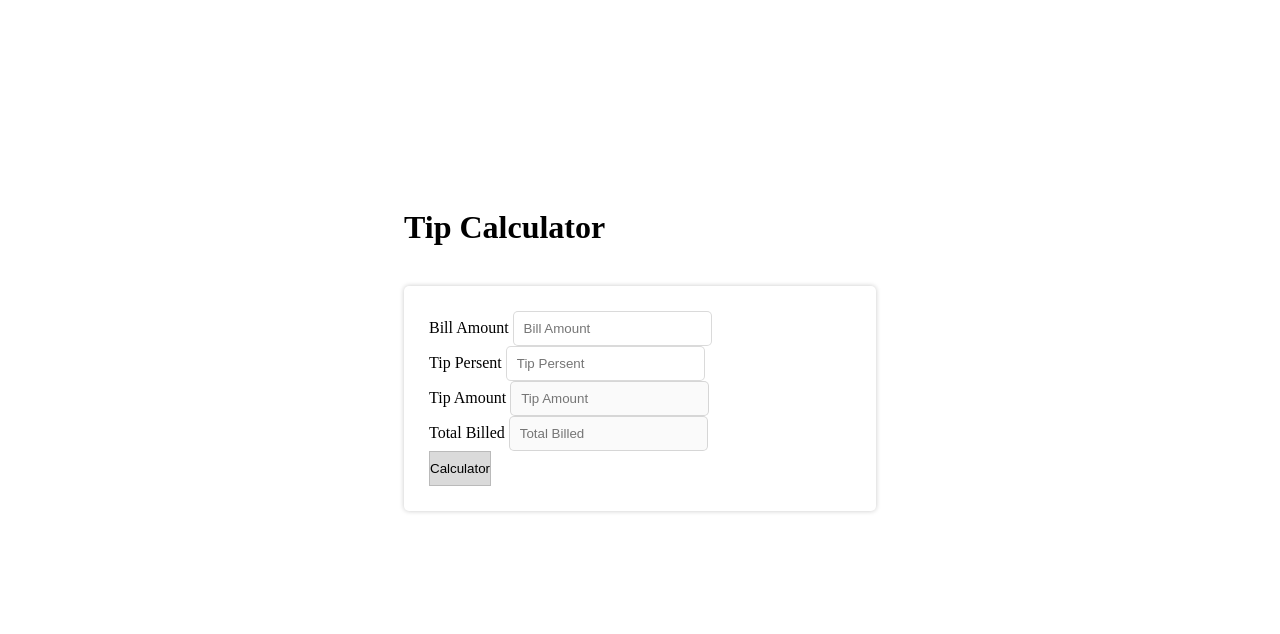
Repository: ZainAkbar51214/Tip-Calculator
Page: index.html
These files come from the project's save history. The page is drawn as it stood at one moment and after the next save; the edit follows.
The browser window is 1280 px wide. The pictures show the whole page.
The style sheet was rebuilt from its Sass, Less or Tailwind sources for each picture, by a compiler version that may differ from the author's.

Above is the page before, as saved 2024-03-25 13:08:48.

After the next save:
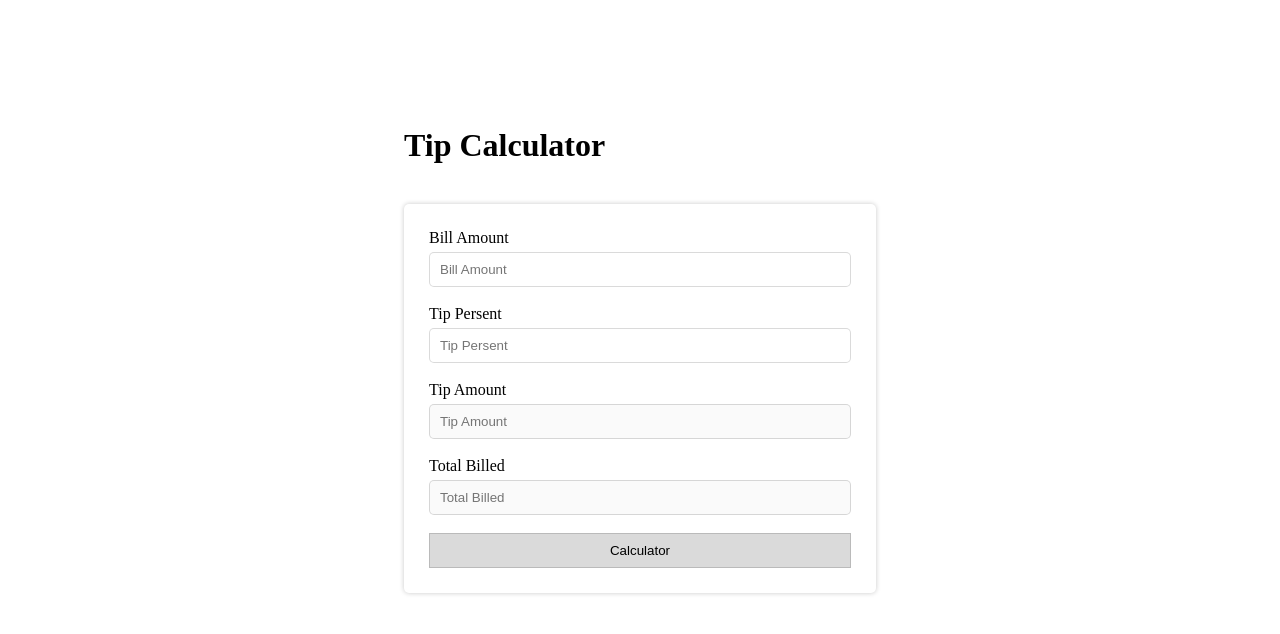
Saved 55 min 30 s later.
--- a/index.html
+++ b/index.html
@@ -19,21 +19,19 @@
         <div class="row">
             <div class="col">
                 <div class="calculator">
-                    <form action="">
-                        <label>Bill Amount</label>
-                        <input type="text" placeholder="Bill Amount" name="" id="tip_amount">
-                        <br>
-                        <label>Tip Persent</label>
-                        <input type="text" name="" placeholder="Tip Persent" id="tip_persent">
-                        <br>
-                        <label>Tip Amount</label>
-                        <input type="text" name="" placeholder="Tip Amount" id="tip_total" disabled>
-                        <br>
-                        <label>Total Billed</label>
-                        <input type="text" name="" placeholder="Total Billed" id="total_billed" disabled>
-                        <br>
-                        <button class="btn" onclick="tipCalculate()">Calculator</button>
-                    </form>
+                    <label>Bill Amount</label>
+                    <input type="text" placeholder="Bill Amount" name="" id="tip_amount">
+                    <br>
+                    <label>Tip Persent</label>
+                    <input type="text" name="" placeholder="Tip Persent" id="tip_persent">
+                    <br>
+                    <label>Tip Amount</label>
+                    <input type="text" name="" placeholder="Tip Amount" id="tip_total" disabled>
+                    <br>
+                    <label>Total Billed</label>
+                    <input type="text" name="" placeholder="Total Billed" id="total_billed" disabled>
+                    <br>
+                    <button class="btn" onclick="tipCalculate()">Calculator</button>
                 </div>
             </div>
         </div>
